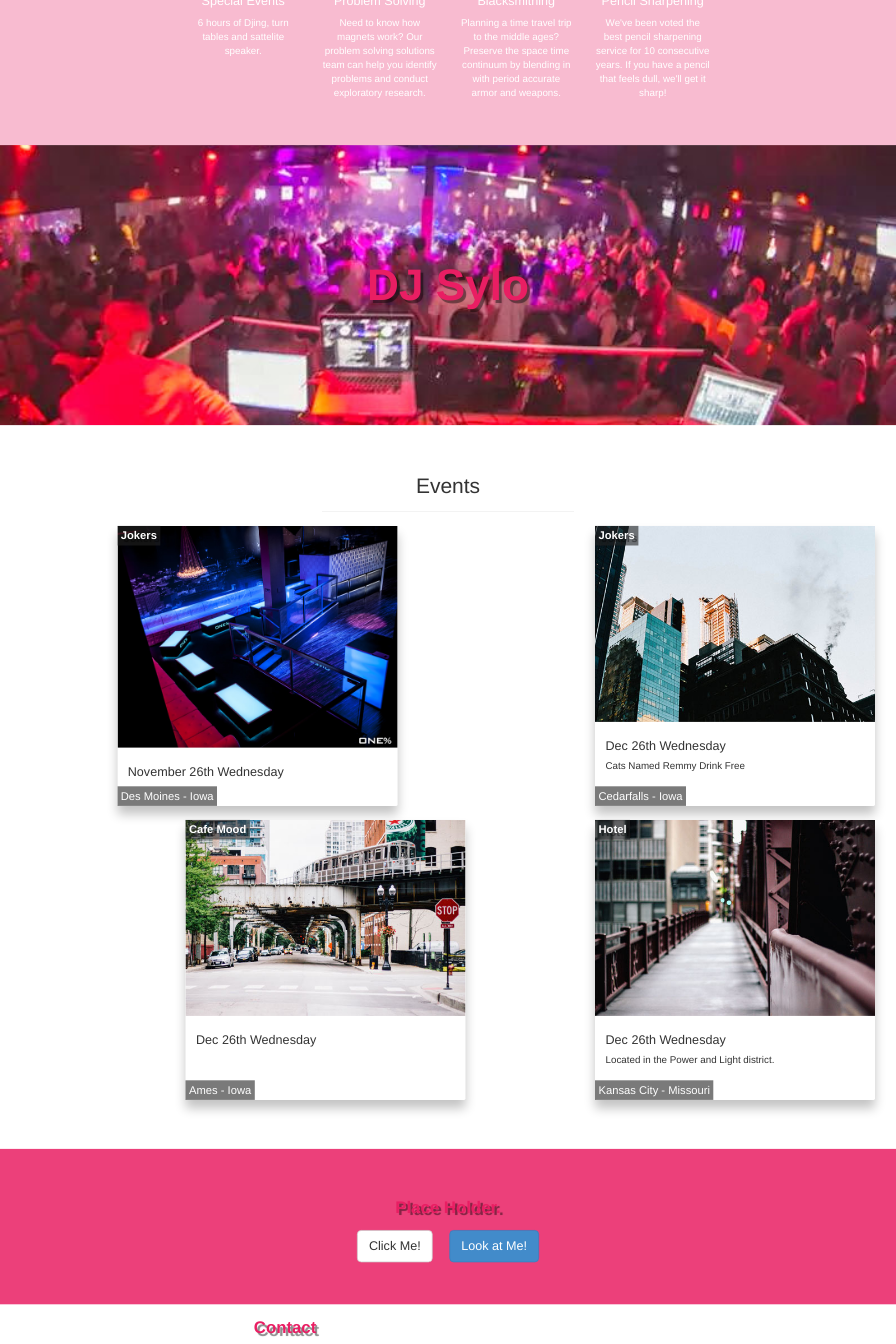
Repository: BambooXLotus/DjSylo
Page: client/index.html
The author's editor kept a record of every edit. The page is drawn from the files as they stood at one moment, then again after the next edit.
The browser window is 1280 px wide. The pictures show the part of the page from y = 1815 to 3735 px (the page is 4462 px tall), at 70% of full size.
Some icons come from a web library that is not loaded, so they are not drawn. Backgrounds fixed to the window are drawn as part of the page. Some web libraries are served in a nearby version.

Above is the page before.

### client/index.html
<!DOCTYPE html>
<html lang="en">

<head>
    <meta charset="utf-8">
    <meta name="viewport" content="width=device-width, initial-scale=1.0">
    <meta name="description" content="">
    <meta name="author" content="">
    <title>DJ Sylo</title>
    <!-- Bootstrap core CSS
        -->
    <link href="css/bootstrap.css" rel="stylesheet">
    <!-- Add custom CSS here -->
    <link href="css/stylish-portfolio.css" rel="stylesheet">
    <link href="//maxcdn.bootstrapcdn.com/font-awesome/4.1.0/css/font-awesome.min.css" rel="stylesheet">
    <link href="css/nanogallery.min.css" rel="stylesheet" type="text/css">
</head>

<body>
    <!-- Side Menu -->
    <nav class="navbar navbar-fixed-top navbar-inverse" role="navigation">
        <div class="container">
            <div class="navbar-header">
                <button type="button" class="navbar-toggle" data-toggle="collapse" data-target=".navbar-ex1-collapse">
                    <span class="sr-only">Toggle navigation</span>
                    <span class="icon-bar"></span>
                    <span class="icon-bar"></span>
                    <span class="icon-bar"></span>
                </button>
                <a class="navbar-brand" href="index.php">DJ <b>Sylo</b></a>
            </div>
            <!-- Collect the nav links, forms, and other content for toggling -->
            <div class="collapse navbar-collapse navbar-ex1-collapse">
                <ul class="nav navbar-nav">
                    <li>
                        <a href="#top">Home</a>
                    </li>
                    <li>
                        <a href="#about">Bio</a>
                    </li>
                    <li>
                        <a href="#gallery">Gallery</a>
                    </li>
                    <li>
                        <a href="#services">Services</a>
                    </li>
                    <li>
                        <a href="#portfolio">Events</a>
                    </li>
                    <li>
                        <a href="#portfolio">Discography</a>
                    </li>
                    <li>
                        <a href="#contact">Contact</a>
                    </li>
                </ul>
            </div>
            <!-- /.navbar-collapse -->
        </div>
        <!-- /.container -->
    </nav>
    <!-- /Side Menu -->
    <!-- Full Page Image Header Area -->
    <div id="top" class="header">
        <div class="vert-text">
            <div class="hero">
                <h1>DJ <b>Sylo</b></h1>
                <a href="#contact" class="btn btn-lg btn-default">Contact</a>
            </div>
        </div>
    </div>
    <!-- /Full Page Image Header Area -->
    <!-- Intro -->
    <div id="about" class="about">
        <div class="container">
            <div class="row">
                <div class="col-md-3 col-md-offset-1">
                    <img class="img-circle img-responsive circle-shadow" src="img/portrait-sm.jpg">
                </div>
                <div class="col-md-6 col-xs-12">
                    <div class="panel panel-default dialog">
                        <div class="panel-heading">
                            <h3>DJ Sylo</h3>
                        </div>
                        <div class="panel-body">
                            <h4>Kansas City, MO</h4>
                            <p>Style: Electronic, Pop, Hip hop.</p>
                            <p>Inpsirations: Calvin Harris, Zedd, Adventure CLub.</p>
                            <p>Musical flavor, stage presence, and a feel for the crowd, DJ Sylo's unique taste and style of music has touched dancefloors across Iowa, as well as the 2012 515 Alive electronic music festival. Sylo's presence is gaining notoriety
                                in both the club and the electronic dance music scene. Armed with her Numark NS7, DJ Sylo is now a member of iParty Crew's Sonic Crystals, a division created by Pri yon Joni; as well as a frequent booked artist by DJ Raj's
                                Eclipse Entertainment.</p>
                            <p>If you would like information on booking please contact me at <a href="sklovanrack@gmail.com">sklovanrack@gmail.com</a>
                            </p>
                        </div>
                    </div>
                </div>
            </div>
        </div>
    </div>
    <!-- /Intro -->
    <!-- Gallery -->
    <div id="gallery" class="gallery">
        <div class="container">
            <div class="row">
                <div class="col-md-6 col-md-offset-3 text-center">
                    <h2>Gallery</h2>
                </div>
            </div>
            <div class="row">
                <div class="col-md-10 col-md-offset-1 col-xs-12 text-center">
                    <div id="nanoGallery2"></div>
                </div>
            </div>
        </div>
    </div>
    <!-- /Gallery -->
    <!-- Services -->
    <div id="services" class="services">
        <div class="container">
            <div class="row">
                <div class="col-md-4 col-md-offset-4 text-center">
                    <h2>Our Services</h2>
                    <hr>
                </div>
            </div>
            <div class="row">
                <div class="col-md-offset-3 col-md-6">
                    <iframe width="100%" height="166" scrolling="no" frameborder="no" src="https://w.soundcloud.com/player/?url=https%3A//api.soundcloud.com/tracks/160960689&amp;color=ff5500&amp;auto_play=false&amp;hide_related=false&amp;show_comments=true&amp;show_user=true&amp;show_reposts=false"></iframe>
                </div>
            </div>
            <div class="row">
                <div class="col-md-2 col-md-offset-2 text-center">
                    <div class="service-item">
                        <i class="service-icon fa fa-rocket"></i>
                        <h4>Special Events</h4>
                        <p>6 hours of Djing, turn tables and sattelite speaker.</p>
                    </div>
                </div>
                <div class="col-md-2 text-center">
                    <div class="service-item">
                        <i class="service-icon fa fa-magnet"></i>
                        <h4>Problem Solving</h4>
                        <p>Need to know how magnets work? Our problem solving solutions team can help you identify problems and conduct exploratory research.</p>
                    </div>
                </div>
                <div class="col-md-2 text-center">
                    <div class="service-item">
                        <i class="service-icon fa fa-shield"></i>
                        <h4>Blacksmithing</h4>
                        <p>Planning a time travel trip to the middle ages? Preserve the space time continuum by blending in with period accurate armor and weapons.</p>
                    </div>
                </div>
                <div class="col-md-2 text-center">
                    <div class="service-item">
                        <i class="service-icon fa fa-pencil"></i>
                        <h4>Pencil Sharpening</h4>
                        <p>We've been voted the best pencil sharpening service for 10 consecutive years. If you have a pencil that feels dull, we'll get it sharp!</p>
                    </div>
                </div>
            </div>
        </div>
    </div>
    <!-- /Services -->
    <!-- Callout -->
    <div class="callout">
        <div class="vert-text">
            <h1>DJ Sylo</h1>
        </div>
    </div>
    <!-- /Callout -->
    <!-- Portfolio -->
    <div id="portfolio" class="portfolio">
        <div class="container">
            <div class="row">
                <div class="col-md-4 col-md-offset-4 text-center">
                    <h2>Events</h2>
                    <hr>
                </div>
            </div>
            <div class="row">
                <div class="col-md-5 col-md-offset-1">
                    <div class="panel card fixed-card">
                        <div class="card-heading">
                            <h3 class="panel-title">Jokers</h3>
                            <h4 class="panel-title stickyBottom">Des Moines - Iowa</h4>
                            <img class="img-portfolio img-responsive" src="img/one-1.jpg">
                        </div>
                        <div class="panel-body">
                            <h4>November 26th Wednesday</h4>
                        </div>
                    </div>
                </div>
                <div class="col-md-4 col-md-offset-2">
                    <div class="panel card fixed-card">
                        <div class="card-heading">
                            <h3 class="panel-title">Jokers</h3>
                            <h4 class="panel-title stickyBottom">Cedarfalls - Iowa</h4>
                            <img class="img-portfolio img-responsive" src="img/portfolio-2.jpg">
                        </div>
                        <div class="panel-body">
                            <h4>Dec 26th Wednesday</h4>
                            <h5>Cats Named Remmy Drink Free</h5>
                        </div>
                    </div>
                </div>
            </div>
            <div class="row">
                <div class="col-md-4 col-md-offset-2">
                    <div class="panel card fixed-card">
                        <div class="card-heading">
                            <h3 class="panel-title">Cafe Mood</h3>
                            <h4 class="panel-title stickyBottom">Ames - Iowa</h4>
                            <img class="img-portfolio img-responsive" src="img/portfolio-3.jpg">
                        </div>
                        <div class="panel-body">
                            <h4>Dec 26th Wednesday</h4>
                        </div>
                    </div>
                </div>
                <div class="col-md-4 col-md-offset-2">
                    <div class="panel card fixed-card">
                        <div class="card-heading">
                            <h3 class="panel-title">Hotel</h3>
                            <h4 class="panel-title stickyBottom">Kansas City - Missouri</h4>
                            <img class="img-portfolio img-responsive" src="img/portfolio-4.jpg">
                        </div>
                        <div class="panel-body">
                            <h4>Dec 26th Wednesday</h4>
                            <h5>Located in the Power and Light district.</h5>
                        </div>
                    </div>
                </div>
            </div>
        </div>
    </div>
    <!-- /Portfolio -->
    <!-- Call to Action -->
    <div class="call-to-action">
        <div class="container">
            <div class="row">
                <div class="col-md-6 col-md-offset-3 text-center">
                    <h3>Place Holder.</h3>
                    <a href="#" class="btn btn-lg btn-default">Click Me!</a>
                    <a href="#" class="btn btn-lg btn-primary">Look at Me!</a>
                </div>
            </div>
        </div>
    </div>
    <!-- /Call to Action -->
    <!-- Map -->
    <div id="contact">
        <div class="container">
            <div class="row">
                <div class="col-md-6 col-md-offset-3">
                    <h3>Contact</h3>
                    <hr>
                    <address>
                            <strong>Email:</strong>
                            <a href="mailto:#">sklovanrack@gmail.com</a>
                            <br>
                            <br>
                            <strong>Phone:</strong>(515) 329-2323</address>
                </div>
            </div>
            <div>
                <div class="col-md-6 col-md-offset-3 contact-form">
                    <form id="contact" method="post" class="form" role="form">
                        <div class="row">
                            <div class="col-xs-6 col-md-6 form-group">
                                <input class="form-control" id="name" name="name" placeholder="Name" type="text" />
                            </div>
                            <div class="col-xs-6 col-md-6 form-group">
                                <input class="form-control" id="email" name="email" placeholder="Email" type="email" required />
                            </div>
                        </div>
                        <textarea class="form-control" id="message" name="message" placeholder="Message" rows="5"></textarea>
                        <br />
                        <div class="row">
                            <div class="col-xs-12 col-md-12 form-group">
                                <button class="btn btn-primary pull-right" type="submit">Submit</button>
                            </div>
                        </div>
                    </form>
                </div>
            </div>
        </div>
    </div>
    <!-- /Map -->
    <!-- Footer -->
    <footer>
        <div class="container">
            <div class="row">
                <div class="col-md-6 col-md-offset-3 text-center">
                    <ul class="list-inline">
                        <li>
                            <a class="fa fa-facebook fa-3x" href="https://www.facebook.com/DJSyloSonicCrystals"></a>
                        </li>
                        <li>
                            <i class="fa fa-twitter fa-3x"></i>
                        </li>
                        <li>
                            <i class="fa fa-instagram fa-3x"></i>
                        </li>
                        <li>
                            <a class="fa fa-soundcloud fa-3x" href="https://soundcloud.com/bambooproduction/sets"></a>
                        </li>
                    </ul>
                    <div class="top-scroll">
                        <a href="#top"><i class="fa fa-circle-arrow-up scroll fa-4x"></i></a>
                    </div>
                    <hr>
                    <p>Copyright &copy; Bamboo Lotus 2014</p>
                </div>
            </div>
        </div>
    </footer>
    <!-- /Footer -->
    <!-- JavaScript -->
    <script src="js/jquery-1.10.2.js"></script>
    <script src="js/bootstrap.js"></script>

    <!-- nanoGALLERY plugin files -->
    <script type="text/javascript" src="js/jquery.nanogallery.min.js"></script>
    <!-- Custom JavaScript for the Side Menu and Smooth Scrolling
        -->
    <script>
        $("#menu-close").click(function(e) {
            e.preventDefault();
            $("#sidebar-wrapper").toggleClass("active");
        });
    </script>
    <script>
        $("#menu-toggle").click(function(e) {
            e.preventDefault();
            $("#sidebar-wrapper").toggleClass("active");
        });
    </script>
    <script>
        $(function() {
            $('a[href*=#]:not([href=#])').click(function() {
                if (location.pathname.replace(/^\//, '') == this.pathname.replace(/^\//, '') || location.hostname == this.hostname) {

                    var target = $(this.hash);
                    target = target.length ? target : $('[name=' + this.hash.slice(1) + ']');
                    if (target.length) {
                        $('html,body').animate({
                            scrollTop: target.offset().top
                        }, 1000);
                        return false;
                    }
                }
            });

            $("#nanoGallery2").nanoGallery({
                thumbnailWidth: 'auto',
                thumbnailHeight: 200,
                userID: 'derensomsanith@gmail.com',
                kind: 'picasa',
                album: '6020738059883313137',
                colorSchemeViewer: 'light',
                thumbnailHoverEffect: [{
                    name: 'labelAppear75',
                    duration: 300
                }],
                thumbnailGutterWidth: 1,
                thumbnailGutterHeight: 1,
                i18n: {
                    thumbnailImageDescription: 'View Photo',
                    thumbnailAlbumDescription: 'Open Album'
                },
                thumbnailLabel: {
                    display: true,
                    position: 'overImageOnMiddle',
                    align: 'center'
                },
                photoSorting: 'random',
                lazyBuild: 'none',
                lazyBuildTreshold: 300
            });
        });

        (function(i, s, o, g, r, a, m) {
            i['GoogleAnalyticsObject'] = r;
            i[r] = i[r] || function() {
                (i[r].q = i[r].q || []).push(arguments)
            }, i[r].l = 1 * new Date();
            a = s.createElement(o),
                m = s.getElementsByTagName(o)[0];
            a.async = 1;
            a.src = g;
            m.parentNode.insertBefore(a, m)
        })(window, document, 'script', '//www.google-analytics.com/analytics.js', 'ga');

        ga('create', 'UA-56532059-1', 'auto');
        ga('send', 'pageview');
    </script>
</body>

</html>

### client/css/stylish-portfolio.css
/* Global Styles */
@import url(http://fonts.googleapis.com/css?family=Roboto:400);

html,
body {
  height: 100%;
  width: 100%;
}
h1 {
  color: #e91e63;
  text-shadow: 4px 4px 1px rgba(0, 0, 0, 0.45);
}
h3 {
  color: #e91e63;
  text-shadow: 4px 4px 1px rgba(0, 0, 0, 0.45);
  font-weight: bold;
}
.vert-text {
  display: table-cell;
  vertical-align: middle;
  text-align: center;
}
.vert-text h1 {
  padding: 0;
  margin: 0;
  font-size: 4.5em;
  font-weight: 700;
}
/* Side Menu */

#sidebar-wrapper {
  margin-right: -250px;
  right: 0;
  width: 250px;
  background: #000;
  position: fixed;
  height: 100%;
  overflow-y: auto;
  z-index: 1000;
  -webkit-transition: all 0.4s ease 0s;
  -moz-transition: all 0.4s ease 0s;
  -ms-transition: all 0.4s ease 0s;
  -o-transition: all 0.4s ease 0s;
  transition: all 0.4s ease 0s;
}
.sidebar-nav {
  position: absolute;
  top: 0;
  width: 250px;
  list-style: none;
  margin: 0;
  padding: 0;
}
.sidebar-nav li {
  line-height: 40px;
  text-indent: 20px;
}
.sidebar-nav li a {
  color: #999999;
  display: block;
  text-decoration: none;
}
.sidebar-nav li a:hover {
  color: #fff;
  background: rgba(255, 255, 255, 0.2);
  text-decoration: none;
}
.sidebar-nav li a:active,
.sidebar-nav li a:focus {
  text-decoration: none;
}
.sidebar-nav > .sidebar-brand {
  height: 55px;
  line-height: 55px;
  font-size: 18px;
}
.sidebar-nav > .sidebar-brand a {
  color: #999999;
}
.sidebar-nav > .sidebar-brand a:hover {
  color: #fff;
  background: none;
}
#menu-toggle {
  top: 0;
  right: 0;
  position: fixed;
  z-index: 1;
}
#sidebar-wrapper.active {
  right: 250px;
  width: 250px;
  -webkit-transition: all 0.4s ease 0s;
  -moz-transition: all 0.4s ease 0s;
  -ms-transition: all 0.4s ease 0s;
  -o-transition: all 0.4s ease 0s;
  transition: all 0.4s ease 0s;
}
.toggle {
  margin: 5px 5px 0 0;
}
/* Full Page Image Header Area */

.header {
  display: table;
  height: 100%;
  width: 100%;
  position: relative;
  background: url(../img/DJSyloJumbotron.jpeg) no-repeat center center fixed;
  -webkit-background-size: cover;
  -moz-background-size: cover;
  -o-background-size: cover;
  background-size: cover;
}
/* Intro */

.intro {
  padding: 50px 0;
}
/* About */

.about {
  background: #f8bbd0;
  padding: 50px 0;
}
/* Services */

.services {
  background: #f8bbd0;
  padding: 50px 0;
  color: #ffffff;
}
.service-item {
  margin-bottom: 15px;
}
i.service-icon {
  border: 3px solid #ffffff;
  border-radius: 50%;
  display: inline-block;
  font-size: 56px;
  width: 140px;
  height: 140px;
  line-height: 136px;
  vertical-align: middle;
  text-align: center;
}
/* Callout */

.callout {
  color: #ffffff;
  display: table;
  height: 400px;
  width: 100%;
  background: url(../img/callout_DJSylo.jpeg) no-repeat center center fixed;
  -webkit-background-size: cover;
  -moz-background-size: cover;
  -o-background-size: cover;
  background-size: cover;
}
/* Portfolio */

.portfolio {
  padding: 50px 0;
}
.portfolio-item {
  margin-bottom: 25px;
}
.img-portfolio {
  margin: 0 auto;
}
/* Call to Action */

.call-to-action {
  color: #ffffff;
  background: #ec407a;
  padding: 50px 0;
}
.call-to-action .btn {
  margin: 10px;
}
/* Map */

.map {
  height: 500px;
}
/* Footer */

footer {
  padding: 100px 0;
}
.top-scroll {
  margin-top: 50px;
}
.top-scroll a {
  text-decoration: none;
  color: inherit;
}
i.scroll {
  color: #333333;
}
i.scroll:hover {
  color: #0a5175;
}
/* Responsive */

@media (max-width: 768px) {
  .header {
    background: url(../img/DJSyloJumbotron.jpeg) no-repeat center center scroll;
  }
  .callout {
    background: url(../img/callout_DJSylo.jpeg) no-repeat center center scroll;
  }
  .map {
    height: 75%;
  }
}
html,
body {
  height: 100%;
}
.carousel,
.item,
.active {
  height: 100%;
}
.carousel-inner {
  height: 100%;
}
.fill {
  width: 100%;
  height: 100%;
  background-position: center;
  background-size: cover;
}
/* faster sliding speed */

.carousel-inner > .item {
  -webkit-transition: 0.3s ease-in-out left;
  -moz-transition: 0.3s ease-in-out left;
  -o-transition: 0.3s ease-in-out left;
  transition: 0.3s ease-in-out left;
}
/* keep full widget on smaller screens */

@media (max-width: 767px) {
  body {
    padding-left: 0;
    padding-right: 0;
  }
}
#galleryContainer {
  background: #DDD;
  max-width: 1000px;
  max-height: 500px;
}
.item img {
  width: 50%;
}
.item.w2 {
  width: 25%;
}

.circle-shadow{
      box-shadow: 0 19px 38px rgba(0,0,0,0.30);
}

    /* Card, Dialog */
    .card, .dialog {
      border-radius: 2px;
      border: 0px;
      position: relative;
      display: inline-block;
      vertical-align: top;
      background-color: #fff;
      box-shadow: 0 12px 15px 0 rgba(0, 0, 0, 0.24);
    }

    .fixed-card{
      width: 400px;
      height: 400px;      width: 400px;
      height: 400px;
    }

    .panel:hover .panel-title {
    background: #e91e63;
}

    .panel-title {
    position: absolute;
    background: rgba(34, 34, 34, 0.6);
    color: White;
    padding: 5px;
    z-index: 3;
    -webkit-transition: all .6s ease-in-out;
    -moz-transition: all .6s ease-in-out;
    -o-transition: all .6s ease-in-out;
    -ms-transition: all .6s ease-in-out;
    transition: all .6s ease-in-out;
}

.panel-default > .panel-heading {
    border-radius: 0;
    background: transparent;
    border: 0px;
}

.card-heading {
    border-radius: 0;
    background: transparent;
    overflow: hidden;
    padding: 0px;
    border-bottom: 0px;
}

.stickyBottom {
    position: absolute;
    bottom: 0;
    left: 0;
}

Loaded but not shown: client/css/bootstrap.css (library); client/css/nanogallery.min.css (library); client/js/jquery-1.10.2.js (library); client/js/bootstrap.js (library); client/js/jquery.nanogallery.min.js (library)

After the next edit:
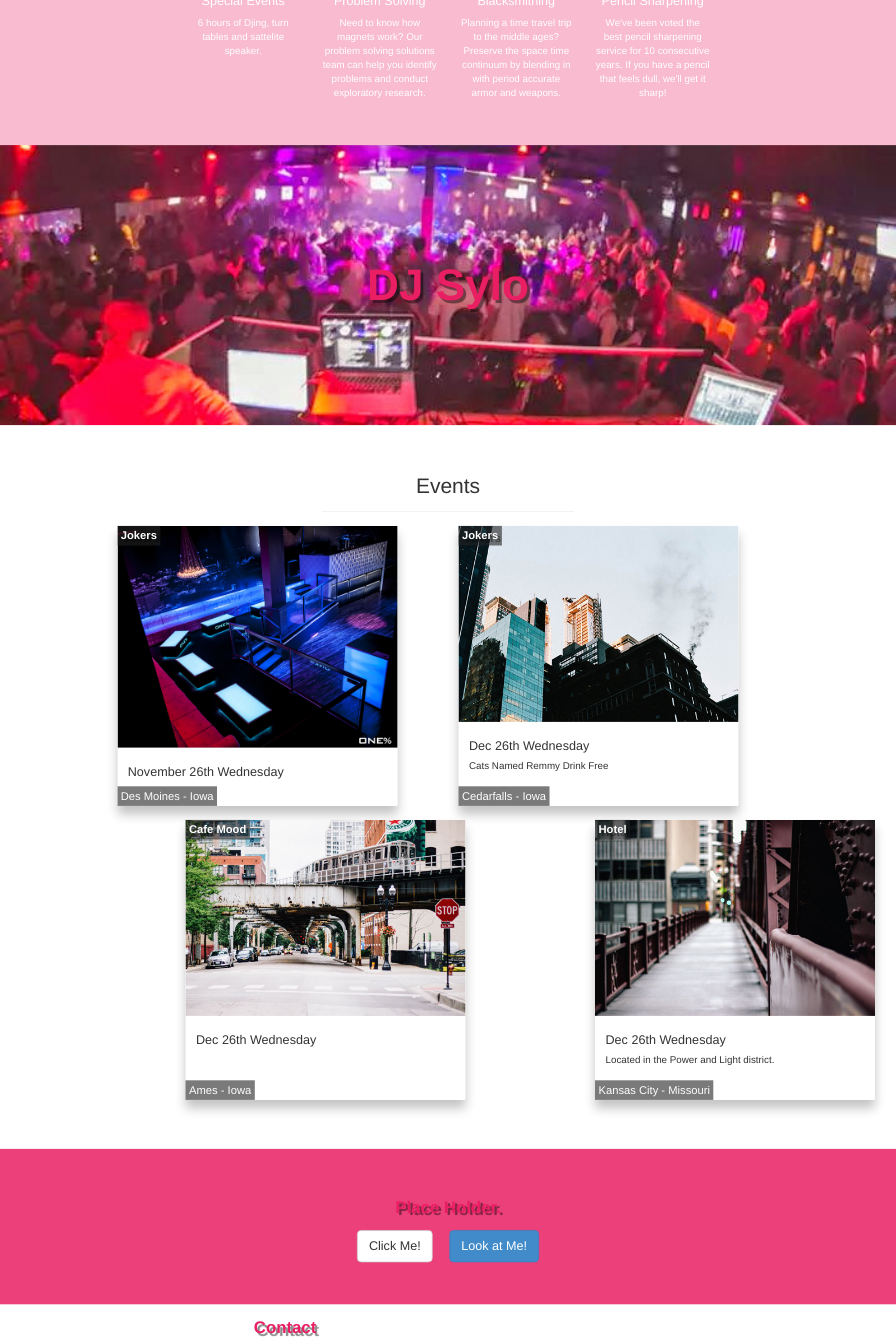
The edit:
--- a/client/index.html
+++ b/client/index.html
@@ -190,7 +190,7 @@
                         </div>
                     </div>
                 </div>
-                <div class="col-md-4 col-md-offset-2">
+                <div class="col-md-5">
                     <div class="panel card fixed-card">
                         <div class="card-heading">
                             <h3 class="panel-title">Jokers</h3>
